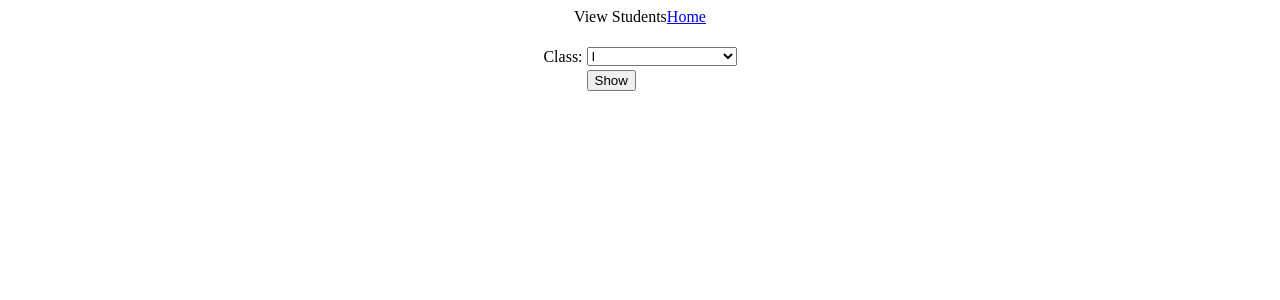
Repository: priyankagit8692/Phase_2_SimpliLearn-
Page: http://localhost/LearnerAcademyProject/viewStudent
The author's editor kept a copy of each file at every save. The page is drawn from the files as they stood at one save, then again after the next save.
The browser window is 1280 px wide. The pictures show the whole page.
The page is served by Tomcat 9. Other server files are loaded and not shown.

Above is the page before, as saved 2021-03-20 15:29:00.

### FinalProjectPhase2/LearnerAcademyProject/src/com/learneracademy/ViewStudent.java
package com.learneracademy;
import java.io.IOException;
import java.io.PrintWriter;
import java.util.List;
import javax.servlet.ServletException;
import javax.servlet.annotation.WebServlet;
import javax.servlet.http.HttpServlet;
import javax.servlet.http.HttpServletRequest;
import javax.servlet.http.HttpServletResponse;
import com.learneracademy.Entity.ListMaster;
import com.learneracademy.Entity.MainApplication;


@WebServlet("/viewStudent")
public class ViewStudent extends HttpServlet {
	private static final long serialVersionUID = 1L;

	protected void doGet(HttpServletRequest request, HttpServletResponse response) throws ServletException, IOException {
		response.setContentType("text/html");
        List<String> classList1 = ListMaster.getMasterCLass();

        PrintWriter out = response.getWriter();
        out.print("<div align='center'");
        out.print("<h1>View Students</h1>");
        out.print("<a href='MainHomePage.jsp'>Home</a><br><br>");
        out.print("<form action='viewStudent' method='post'>");
        out.print("<table>");
        out.print("<tr><td>Class:</td>");
        out.print("<td><select name='className' style='width:150px'>");
        for (String classList : classList1) {
            out.print("<option>" + classList + "</option>");
        }
        out.print("</select>");
        out.print("</td></tr>");
        out.print("<tr><td></td><td colspan='2'><input type='submit' value='Show'/></td></tr>");
        out.print("</table>");
        out.print("</form>");
        out.println("</div>");
	}

	protected void doPost(HttpServletRequest request, HttpServletResponse response) throws ServletException, IOException {
		response.setContentType("text/html");
		String className = request.getParameter("className");
		PrintWriter out = response.getWriter();
		List<String> studentList = MainApplication.getStudentFromClass(className);
		out.println("<div align='center'");
		out.print("<h1>View Student</h1><br><br>");
		out.println("<a href='MainHomePage.jsp'>Home</a><br><br>");
		out.print("<table border='1' width='60%'");
	    out.print("<tr><th>S.No</th><th>Name</th></tr>");
	    for (int i = 0; i < studentList.size(); i++) {
            out.print("<tr><td style='text-align:center'>" + (i + 1) + "</td><td style='text-align:center'>" + studentList.get(i) + "</td></tr>");
        }
        out.print("</table>");
        out.println("</div>");
        out.close();


	}

}

### FinalProjectPhase2/LearnerAcademyProject/src/com/learneracademy/Entity/ListMaster.java
package com.learneracademy.Entity;

import java.util.ArrayList;
import java.util.List;

public class ListMaster {
	 public static List<String> getMasterCLass() {
	        List<String> classList = new ArrayList<>();
	        classList.add("I");
	        classList.add("II");
	        classList.add("III");
	        classList.add("IV");
	        classList.add("V");
	        classList.add("VI");
	        classList.add("VII");
	        classList.add("VIII");
	        classList.add("IX");
	        classList.add("X");
	        classList.add("XI");
	        classList.add("XII");

	        return classList;
	    }

	    public static List<String> getMasterTeacher() {
	        List<String> teacherList = new ArrayList<>();
	        teacherList.add("Mr.Mahesh Pathak");
	        teacherList.add("Ms.Divya Rai");
	        teacherList.add("Mrs.Sayali Kulkarni");
	        teacherList.add("Ms.Priyanka Gupta");
	        teacherList.add("Mr.Devesh Rathore");
	        teacherList.add("Mrs.Diksha Tanwar");
	        teacherList.add("Mr.Rahul Singh");
	        teacherList.add("Mrs.Dhruv Tanwar");
	        teacherList.add("Mr.Ramesh Singh");

	        return teacherList;
	    }

	    public static List<String> getMasterSubject() {
	        List<String> subjectList = new ArrayList<>();
	        subjectList.add("English");
	        subjectList.add("Hindi");
	        subjectList.add("Mathematics");
	        subjectList.add("Physics");
	        subjectList.add("Chemistry");
	        subjectList.add("Biology");
	        subjectList.add("History");
	        subjectList.add("Civics");
	        subjectList.add("Geography");

	        return subjectList;
	    }



}

After the next save:
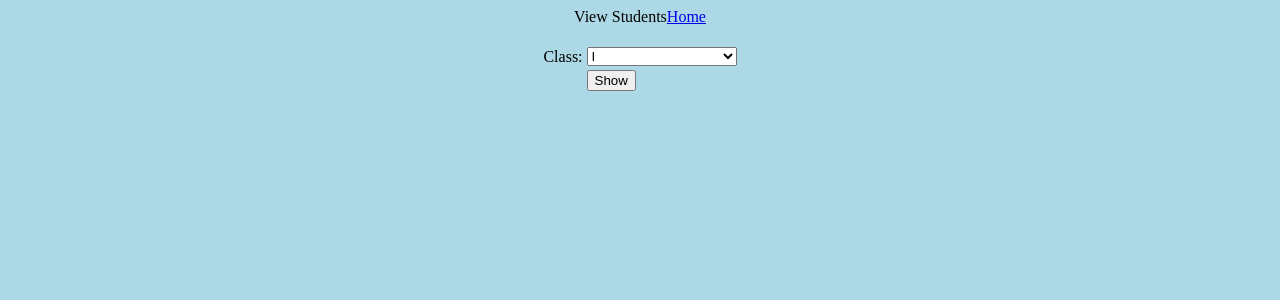
Saved 2 min 57 s later.
--- a/FinalProjectPhase2/LearnerAcademyProject/src/com/learneracademy/ViewStudent.java
+++ b/FinalProjectPhase2/LearnerAcademyProject/src/com/learneracademy/ViewStudent.java
@@ -20,6 +20,18 @@ public class ViewStudent extends HttpServlet {
         List<String> classList1 = ListMaster.getMasterCLass();
 
         PrintWriter out = response.getWriter();
+        out.println("<style>" +
+				"body {\r\n" +
+				  "background-color: lightblue;\r\n"
+				+ "}\r\n"
+        		+ "h1{\r\n"
+			    + "  transform: translate(850px,50px);\r\n"
+			    + "  color: #4CAF50;\r\n"
+			    + "}\r\n"
+			    + "a{\r\n"
+			    + "  transform: translate(850px,50px);\r\n"
+			    + "}\r\n" +
+			   "</style>");
         out.print("<div align='center'");
         out.print("<h1>View Students</h1>");
         out.print("<a href='MainHomePage.jsp'>Home</a><br><br>");
